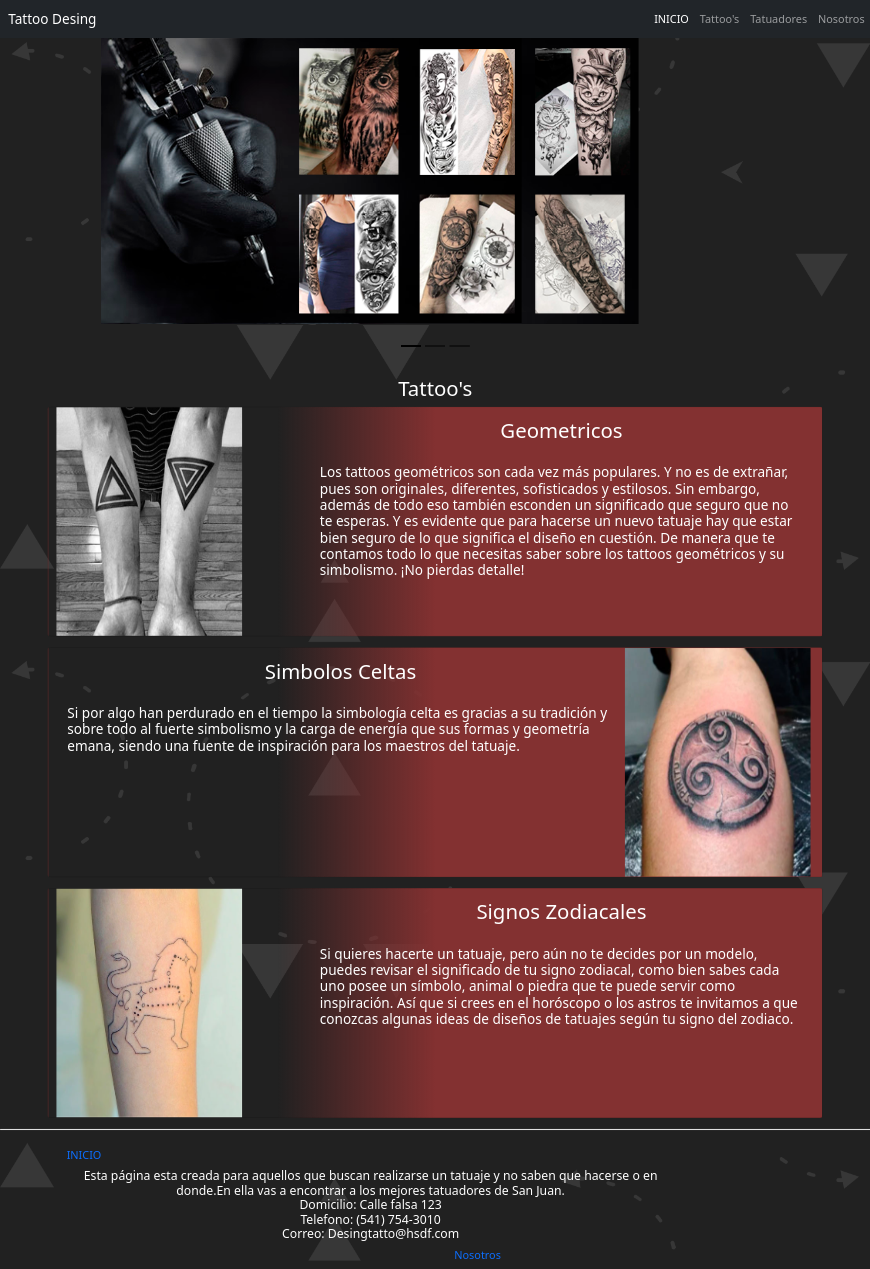
Repository: Vladimir-22/TatooDesign
Page: index.html
An editor plug-in stored every save of this project. The page is shown before and after the next save, followed by the edit.
The browser window is 1280 px wide. The pictures show the whole page, at 68% of full size.
Some web libraries are served in a nearby version.

Above is the page before, as saved 2021-05-19 21:56:08.

### index.html
<!DOCTYPE html>
<html lang="es">
  <head>
    <meta charset="UTF-8" />
    <meta http-equiv="X-UA-Compatible" content="IE=edge" />
    <meta name="viewport" content="width=device-width, initial-scale=1.0" />
    <link
      href="https://cdn.jsdelivr.net/npm/bootstrap@5.0.0-beta3/dist/css/bootstrap.min.css"
      rel="stylesheet"
      integrity="sha384-eOJMYsd53ii+scO/bJGFsiCZc+5NDVN2yr8+0RDqr0Ql0h+rP48ckxlpbzKgwra6"
      crossorigin="anonymous"
    />
    <script
      src="https://cdn.jsdelivr.net/npm/bootstrap@5.0.0-beta3/dist/js/bootstrap.bundle.min.js"
      integrity="sha384-JEW9xMcG8R+pH31jmWH6WWP0WintQrMb4s7ZOdauHnUtxwoG2vI5DkLtS3qm9Ekf"
      crossorigin="anonymous"
    ></script>
    <script
      src="https://cdn.jsdelivr.net/npm/bootstrap@5.0.0-beta3/dist/js/bootstrap.bundle.min.js"
      integrity="sha384-JEW9xMcG8R+pH31jmWH6WWP0WintQrMb4s7ZOdauHnUtxwoG2vI5DkLtS3qm9Ekf"
      crossorigin="anonymous"
    ></script>
    <script
      src="https://cdn.jsdelivr.net/npm/@popperjs/core@2.9.1/dist/umd/popper.min.js"
      integrity="sha384-SR1sx49pcuLnqZUnnPwx6FCym0wLsk5JZuNx2bPPENzswTNFaQU1RDvt3wT4gWFG"
      crossorigin="anonymous"
    ></script>
    <script
      src="https://cdn.jsdelivr.net/npm/bootstrap@5.0.0-beta3/dist/js/bootstrap.min.js"
      integrity="sha384-j0CNLUeiqtyaRmlzUHCPZ+Gy5fQu0dQ6eZ/xAww941Ai1SxSY+0EQqNXNE6DZiVc"
      crossorigin="anonymous"
    ></script>
    <link
      rel="stylesheet"
      href="https://use.fontawesome.com/releases/v5.8.1/css/all.css"
      integrity="sha384-50oBUHEmvpQ+1lW4y57PTFmhCaXp0ML5d60M1M7uH2+nqUivzIebhndOJK28anvf"
      crossorigin="anonymous"
    />
    <link rel="stylesheet" href="css/styles.css" />
    <title>Tattoo Desing</title>
  </head>

  <body>
    <nav class="navbar navbar-expand-lg navbar-dark bg-dark">
      <div class="container-fluid">
        <!-- <i class="fas fa-bars"></i> -->

        <div class="col-md-9">
          <a class="navbar-brand" href="#">Tattoo Desing</a>

          <button
            class="navbar-toggler"
            type="button"
            data-bs-toggle="collapse"
            data-bs-target="#navbarNav"
            aria-controls="navbarNav"
            aria-expanded="false"
            aria-label="Toggle navigation"
          >
            <span class="navbar-toggler-icon"></span>
          </button>
        </div>

        <div class="col-md-3 collapse navbar-collapse" id="navbarNav">
          <ul class="navbar-nav">
            <li class="nav-item">
              <a class="nav-link active" aria-current="page" href="#">INICIO</a>
            </li>
            <li class="nav-item">
              <a class="nav-link" href="tattoo's.html">Tattoo's</a>
            </li>
            <li class="nav-item">
              <a class="nav-link" href="tatuadores.html">Tatuadores</a>
            </li>
            <li class="nav-item">
              <a
                class="nav-link"
                href="nosotros.html"
                tabindex="-1"
                aria-disabled="true"
                >Nosotros</a
              >
            </li>
          </ul>
        </div>
      </div>
    </nav>

    <div class="container">
      <div class="row" id="carrusel">
        <div
          id="carouselExampleDark"
          class="carousel carousel-dark slide"
          data-bs-ride="carousel"
        >
          <div class="carousel-indicators">
            <button
              type="button"
              data-bs-target="#carouselExampleDark"
              data-bs-slide-to="0"
              class="active"
              aria-current="true"
              aria-label="Slide 1"
            ></button>
            <button
              type="button"
              data-bs-target="#carouselExampleDark"
              data-bs-slide-to="1"
              aria-label="Slide 2"
            ></button>
            <button
              type="button"
              data-bs-target="#carouselExampleDark"
              data-bs-slide-to="2"
              aria-label="Slide 3"
            ></button>
          </div>

          <div class="carousel-inner">
            <div class="carousel-item active" data-bs-interval="10000">
              <img
                id="imgCarrusel"
                src="./Agos/Carrusel/trae-tu-diseño.png"
                class="d-block w-20"
                alt="..."
              />
              <!-- <div class="carousel-caption d-none d-md-block">
                            <h5>First slide label</h5>
                            <p>Some representative placeholder content for the first slide.</p>
                        </div> -->
            </div>
            <div class="carousel-item" data-bs-interval="4000">
              <img
                id="imgCarrusel"
                src="./Agos/Carrusel/Tendencias.png"
                class="d-block w-20"
                alt="..."
              />
              <!-- <div class="carousel-caption d-none d-md-block">
                            <h5>Second slide label</h5>
                            <p>Some representative placeholder content for the second slide.</p>
                        </div> -->
            </div>
            <div class="carousel-item" data-bs-interval="2000">
              <img
                id="imgCarrusel"
                src="./Agos/Carrusel/Tatuadores-banner.png"
                class="d-block w-20"
                alt="..."
              />
              <!-- <div class="carousel-caption d-none d-md-block">
                            <h5>Third slide label</h5>
                            <p>Some representative placeholder content for the third slide.</p>
                        </div> -->
            </div>
          </div>

          <!-- <button class="carousel-control-prev" type="button" data-bs-target="#carouselExampleDark" data-bs-slide="prev">
                  <span class="carousel-control-prev-icon" aria-hidden="true"></span>
                  <span class="visually-hidden">Previous</span>
                </button>
                <button class="carousel-control-next" type="button" data-bs-target="#carouselExampleDark" data-bs-slide="next">
                  <span class="carousel-control-next-icon" aria-hidden="true"></span>
                  <span class="visually-hidden">Next</span>
                </button> -->
        </div>
      </div>

      <div class="row section2 text-center">
        <h1>Tattoo's</h1>
      </div>

      <div class="row">
        <!-- <div class="card mb-3">
                <img src="./Pedro/Categorías - Signos Zodiacales/Simbolos Celtas.PNG" class="card-img-top" alt="...">
                <div class="card-body">
                    <h5 class="card-title">Card title</h5>
                    <p class="card-text">This is a wider card with supporting text below as a natural lead-in to additional content. This content is a little bit longer.</p>
                    <p class="card-text"><small class="text-muted">Last updated 3 mins ago</small></p>
                </div>
            </div> -->

        <div id="Geometricos" class="card mb-3" style="max-width: auto">
          <div class="row g-0">
            <div class="col-md-4">
              <img
                id="imagen"
                src="./Pedro/Categorías - descripcion inicio/Tatuajes Geometricos.jpg"
                alt="..."
              />
            </div>
            <div class="col-md-8">
              <div class="card-body">
                <h1 class="card-title">Geometricos</h1>
                <br />
                <h5 id="descrip-gral" class="card-text">
                  Los tattoos geométricos son cada vez más populares. Y no es de
                  extrañar, pues son originales, diferentes, sofisticados y
                  estilosos. Sin embargo, además de todo eso también esconden un
                  significado que seguro que no te esperas. Y es evidente que
                  para hacerse un nuevo tatuaje hay que estar bien seguro de lo
                  que significa el diseño en cuestión. De manera que te contamos
                  todo lo que necesitas saber sobre los tattoos geométricos y su
                  simbolismo. ¡No pierdas detalle!
                </h5>
                <!-- <p class="card-text"><small class="text-muted">Última actualización 3 minutos</small></p> -->
              </div>
            </div>
          </div>
        </div>

        <div id="Celtas" class="card mb-3" style="max-width: auto">
          <div class="row g-0">
            <div class="col-md-9">
              <div class="card-body">
                <h1 class="card-title">Simbolos Celtas</h1>
                <br />
                <h5 id="descrip-gral" class="card-text">
                  Si por algo han perdurado en el tiempo la simbología celta es
                  gracias a su tradición y sobre todo al fuerte simbolismo y la
                  carga de energía que sus formas y geometría emana, siendo una
                  fuente de inspiración para los maestros del tatuaje.
                </h5>
                <!-- <p class="card-text"><small class="text-muted">Última actualización 3 minutos</small></p> -->
              </div>
            </div>
            <div class="col-md-3">
              <img
                id="imagen"
                src="./Pedro/Categorías - descripcion inicio/Simbolos Celtas.jpg"
                alt="..."
              />
            </div>
          </div>
        </div>

        <div id="Zodiacales" class="card mb-3" style="max-width: auto">
          <div class="row g-0">
            <div class="col-md-4">
              <img
                id="imagen"
                src="./Pedro/Categorías - descripcion inicio/Signos Zodiacales.jpg"
                alt="..."
              />
            </div>
            <div class="col-md-8">
              <div class="card-body">
                <h1 class="card-title">Signos Zodiacales</h1>
                <br />
                <h5 id="descrip-gral" class="card-text">
                  Si quieres hacerte un tatuaje, pero aún no te decides por un
                  modelo, puedes revisar el significado de tu signo zodiacal,
                  como bien sabes cada uno posee un símbolo, animal o piedra que
                  te puede servir como inspiración. Así que si crees en el
                  horóscopo o los astros te invitamos a que conozcas algunas
                  ideas de diseños de tatuajes según tu signo del zodiaco.
                </h5>
                <!-- <p class="card-text"><small class="text-muted">Última actualización 3 minutos</small></p> -->
              </div>
            </div>
          </div>
        </div>
      </div>
    </div>
  </body>
  <footer>
    <div class="footer" id="footer">
      <div id="footer" class="card mb-3" style="auto"></div>
        <div class="container">
            <div class="row">
                <div class="col-md-3">
                    <div class="col align-self-start">
                        <a class="nav-link active" aria-current="page" href="#">INICIO</a>
                    </div>
                </div>
                <div class="col-md-3"></div>
                <div class="col-md-3"></div>
            </div>
            <div class="row">
                <div class="col-md-10">
                    <h3 id="descrip-gral" class="card-text">
                        Esta página esta creada para aquellos que buscan realizarse un
                        tatuaje y no saben que hacerse o en donde.En ella vas a
                        encontrar a los mejores tatuadores de San Juan.<br />
                        Domicilio: Calle falsa 123<br />
                        Telefono: (541) 754-3010<br />
                        Correo: Desingtatto@hsdf.com<br />
                    </h3>
                </div>
            </div>
            <div class="row">
                <div class="col-md-3"></div>
                <div class="col-md-3"></div>
                <div class="col-md-3">
                    <a class="nav-link" href="nosotros.html" tabindex="-1" aria-disabled="true" >Nosotros</a>
                </div>
            </div>
      </div>
    </div>
  </footer>
</html>

### css/styles.css
body {
    margin: 0 !important;
    padding: 0;
    position: relative;
    /*width: 1440px;
    height: 1024px;*/
    background: #212121;
    background-image: url(../Daniela/Background.png);
    background-position: center;
    background-size: contain;
    /* font-family: NanumGothic; */
}

.section2 {
    margin-top: 7%;
    color: white;
}

.section3 {
    margin-top: 3%;
    color: white;
}

h1 {
    font-size: 30px;
}

h2 {
    font-size: 21px;
}

h3 {
    font-size: 18px;
}

h1,
h2,
h3 {
    color: white;
    text-align: center;
}


/*.card img {
    width: 30%;
    height: 30%;
    align-content: center;
} */

nav {
    position: absolute;
    left: 0% !important;
    right: 0% !important;
    top: 0% !important;
    bottom: 0% !important;
    background: #000000 !important;
}

.carousel-indicators {
    left: 0% !important;
    right: 0% !important;
    top: 105% !important;
    bottom: 0% !important;
    margin-top: 0% !important;
}

.carousel-inner {
    left: 6% !important;
    right: 0% !important;
    top: 0% !important;
}



#Geometricos,
#Celtas,
#Zodiacales{
    background: linear-gradient(270deg, #833131 50%, rgba(131, 49, 49, 0) 70.34%);
    border-radius: 4px;
}

#nosotros
{
    background: none;
}

#descrip-gral {
    color: white;
}

#imagen {
    width: 273px;
    height: 336px;
}

#Celtas #imagen {
    right: 100% !important;
    top: 660px;
}

After the next save:
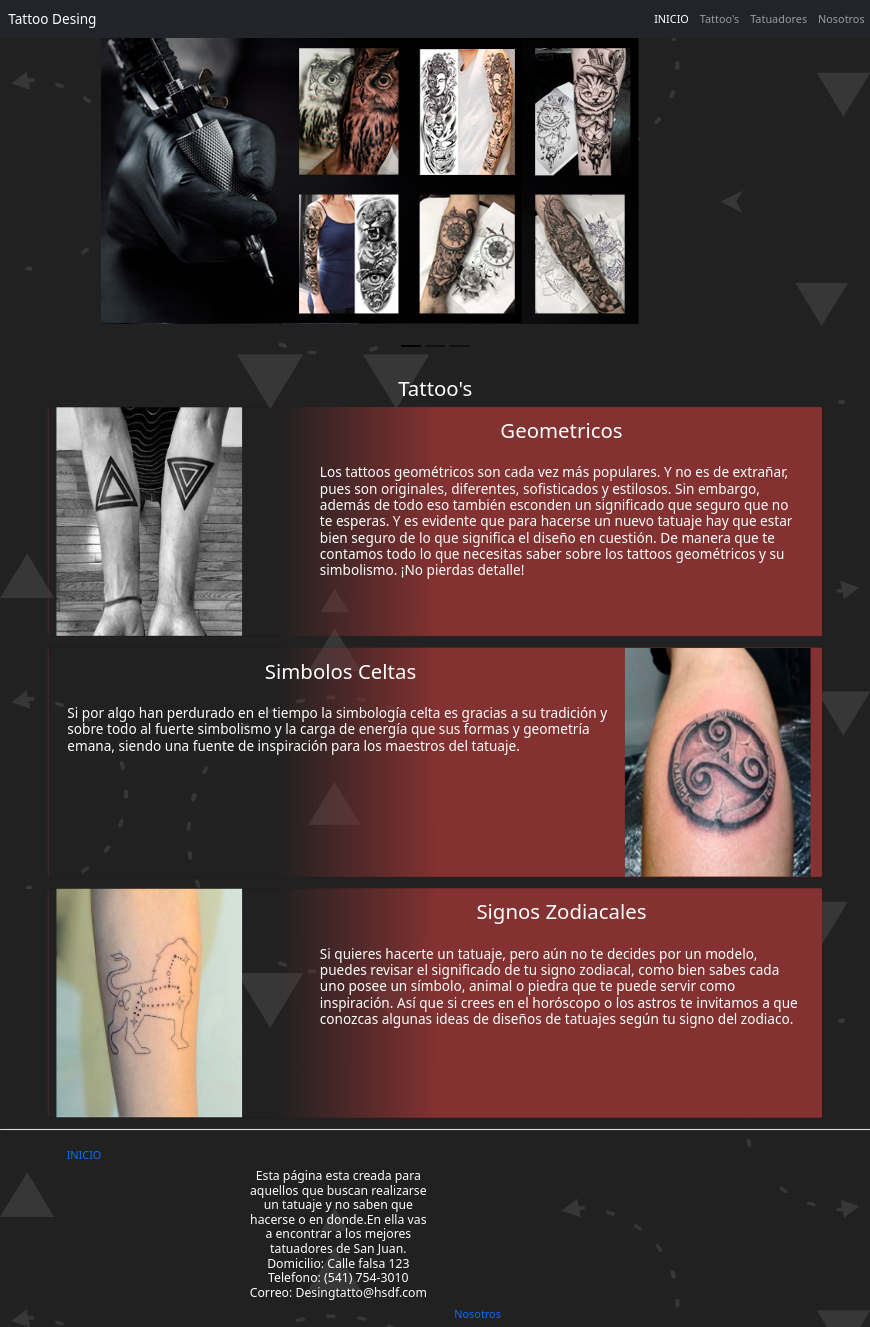
Saved 10 min 56 s later.
--- a/index.html
+++ b/index.html
@@ -277,7 +277,8 @@
                 <div class="col-md-3"></div>
             </div>
             <div class="row">
-                <div class="col-md-10">
+                <div class="col-md-3"></div>
+                <div class="col-md-3">
                     <h3 id="descrip-gral" class="card-text">
                         Esta página esta creada para aquellos que buscan realizarse un
                         tatuaje y no saben que hacerse o en donde.En ella vas a
@@ -287,6 +288,7 @@
                         Correo: Desingtatto@hsdf.com<br />
                     </h3>
                 </div>
+                <div class="col-md-3"></div>
             </div>
             <div class="row">
                 <div class="col-md-3"></div>
